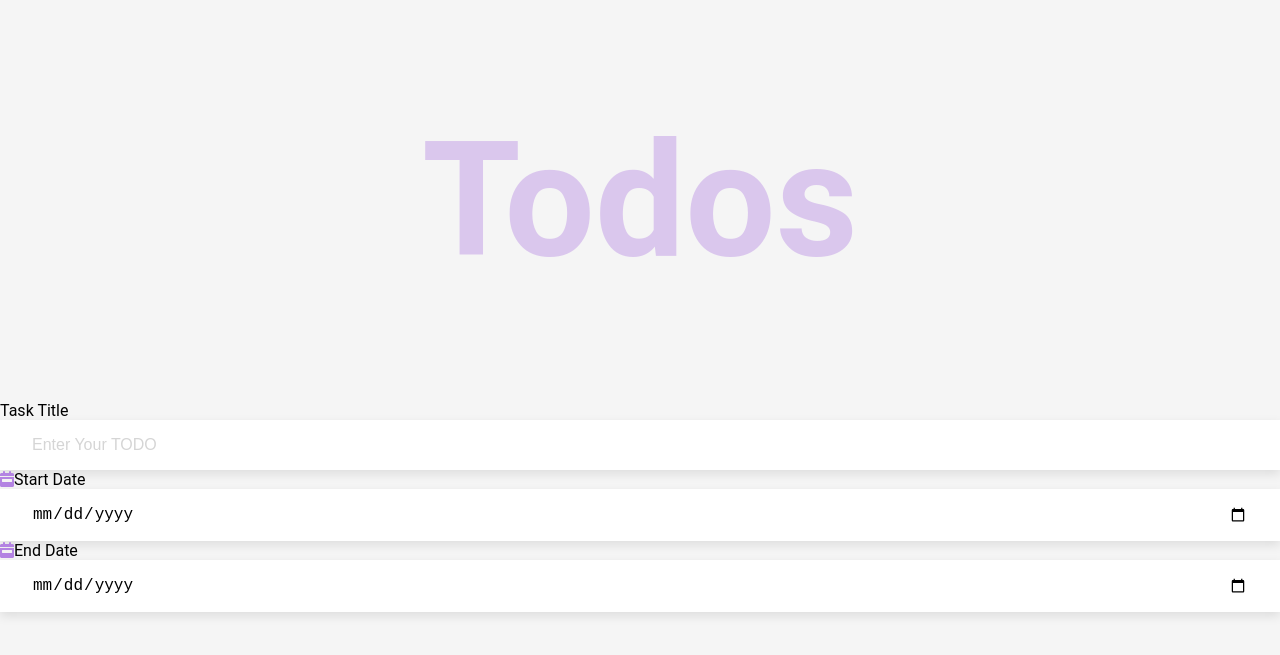
Repository: Surahailat/TypeScript
Page: Mini project 10-3/Project-TS.html
An editor plug-in stored every save of this project. The page is shown before and after the next save, followed by the edit.
The browser window is 1280 px wide. The pictures show the whole page.

Above is the page before, as saved 2025-03-10 12:48:40.

### Mini project 10-3/Project-TS.html
<!DOCTYPE html>
<html lang="en">

<head>
    <meta charset="UTF-8">
    <meta name="viewport" content="width=device-width, initial-scale=1.0">
    <title>Document</title>
    <link href="https://cdnjs.cloudflare.com/ajax/libs/font-awesome/6.0.0-beta3/css/all.min.css" rel="stylesheet">
    <style>
        * {
            box-sizing: border-box;
        }

        body {
            background-color: #f5f5f5;
            font-family: "roboto", sans-serif;
            margin: 0;
        }

        h1 {
            color: rgb(179, 131, 226);
            font-size: 10rem;
            text-align: center;
            opacity: 0.4;

        }
    .input {
    width: 400px;
    max-width: 100%;
    box-shadow: 0px 4px 10px rgb(0, 0, 0, 0.1) ;
    margin: auto;
}.input{
    border: none;
    width: 100%;
    display: block;
    padding: 1rem 2rem;
    font-size: 1rem;
}.input::placeholder{
    color: #d5d5d5;

}
    </style>
</head>

<body>
    <h1>Todos</h1>
    <Label>Task Title</Label>
    <input type="text" class="input" placeholder="Enter Your TODO" autocomplete="off" id="input">
    <Label><i class="fa-solid fa-calendar-week" style="color: #b383e2;"></i>Start Date</Label>
    <input type="date" class="input" placeholder="Enter Your TODO" autocomplete="off" id="input">
    <Label><i class="fa-solid fa-calendar-week" style="color: #b383e2;"></i>End Date</Label>
    <input type="date" class="input" placeholder="Enter Your TODO" autocomplete="off" id="input">

</body>

</html>

After the next save:
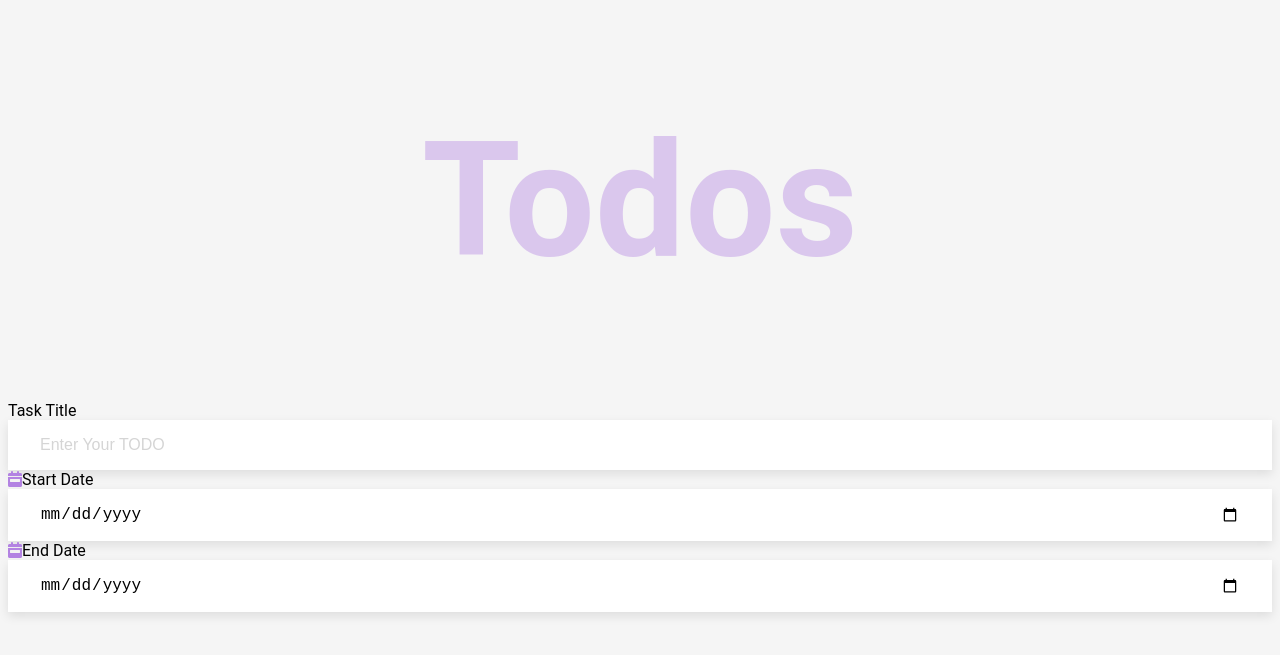
Saved 27 s later.
--- a/Mini project 10-3/Project-TS.html
+++ b/Mini project 10-3/Project-TS.html
@@ -14,7 +14,7 @@
         body {
             background-color: #f5f5f5;
             font-family: "roboto", sans-serif;
-            margin: 0;
+            /* margin: 0; */
         }
 
         h1 {

After the save that followed:
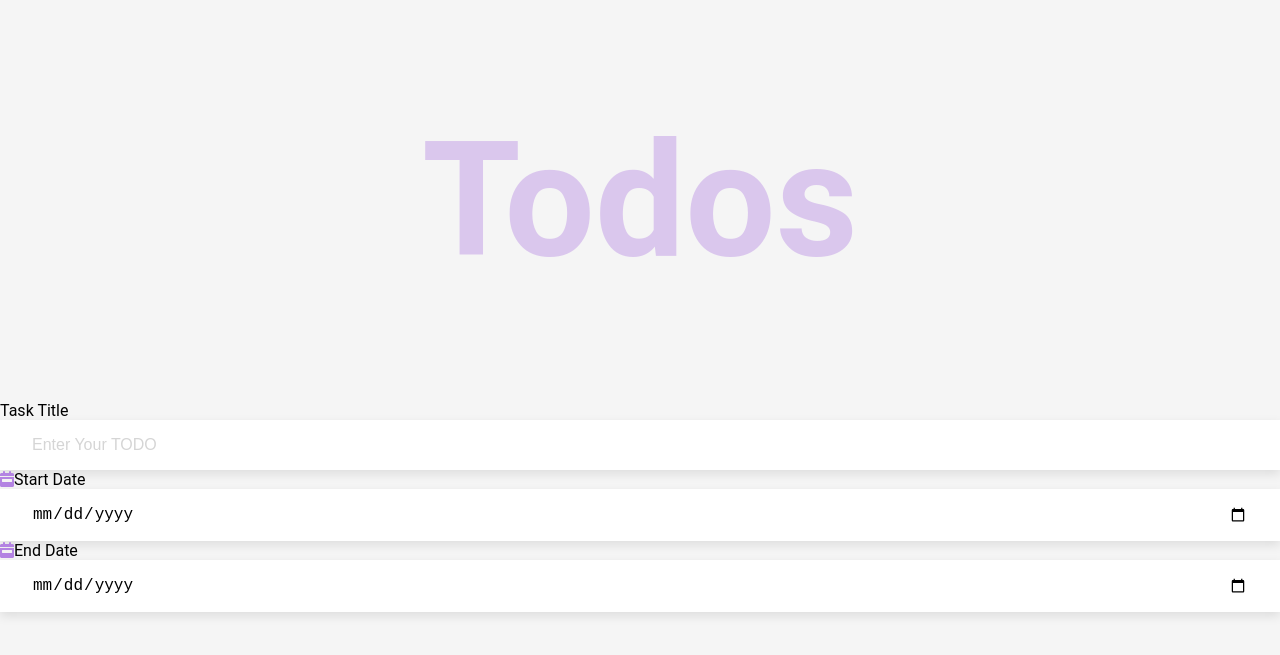
Saved 8 s later.
--- a/Mini project 10-3/Project-TS.html
+++ b/Mini project 10-3/Project-TS.html
@@ -14,7 +14,7 @@
         body {
             background-color: #f5f5f5;
             font-family: "roboto", sans-serif;
-            /* margin: 0; */
+            margin: 0;
         }
 
         h1 {
